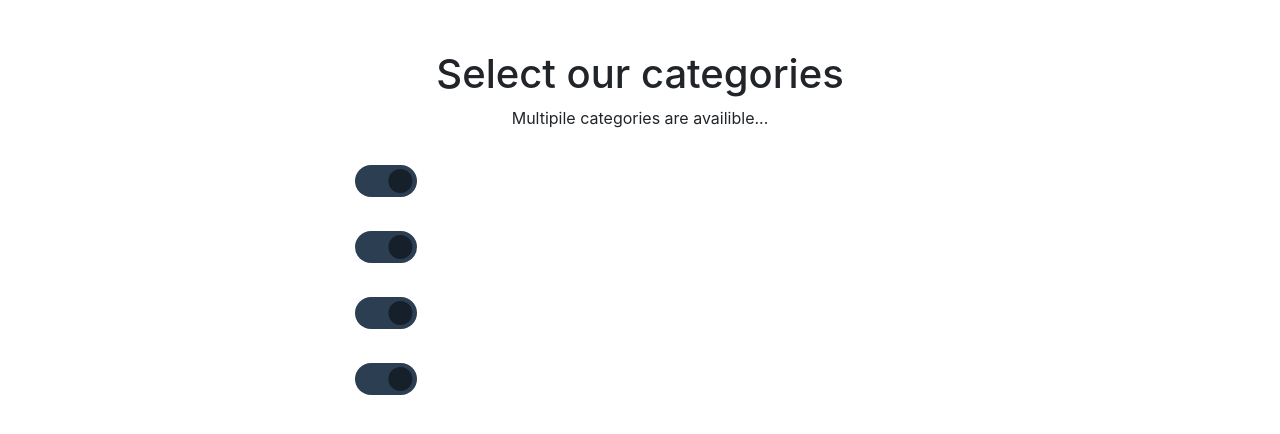
Repository: RafaelAshurov/TruthOrDrink
Page: /chose-your-categories
The author's editor kept a copy of each file at every save. The page is drawn from the files as they stood at one save, then again after the next save.
The browser window is 1280 px wide. The pictures show the whole page.
The project was rebuilt for these pictures with package versions that can differ from the ones it lists, and the page was loaded fresh each time. Also part of the build but not shown: src/components/HelloWorld.vue, src/views/Home.vue, src/views/StartGame.vue.

Above is the page before, as saved 2020-10-09 15:27:48.

After the next save:
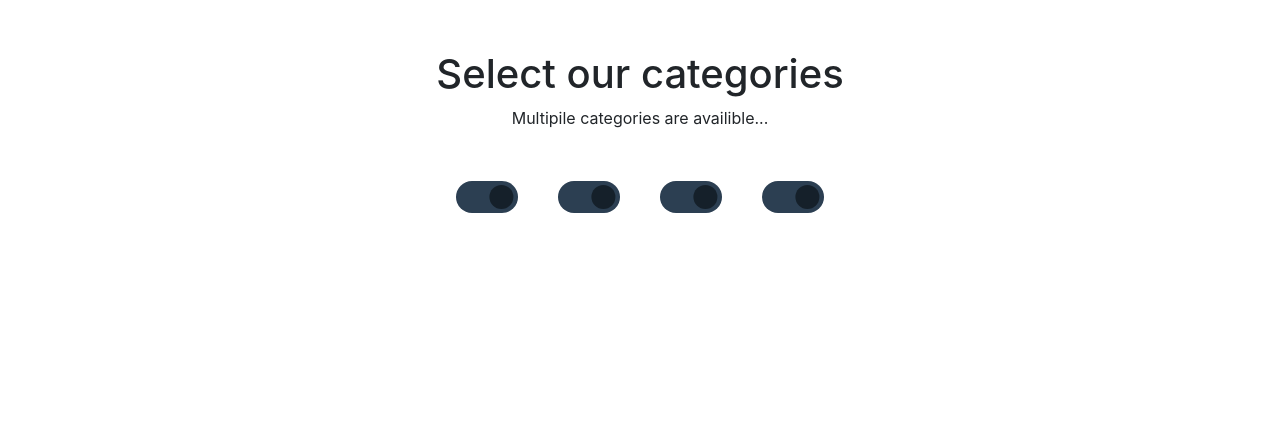
Saved 2 min 25 s later.
--- a/src/views/CategorySelect.vue
+++ b/src/views/CategorySelect.vue
@@ -1,5 +1,5 @@
 <template>
-    <div>
+    <div class="category-select-page">
         <h1>Select our categories</h1>
         <p>Multipile categories are availible...</p>
         <div
@@ -94,6 +94,12 @@
 </script>
 
 <style lang="scss">
+.category-select-page {
+    .category-wrapper {
+        display: inline-block;
+    }
+}
+
 .transition,
 input[type="radio"]:after,
 input[type="checkbox"][type="radio"]:after,
